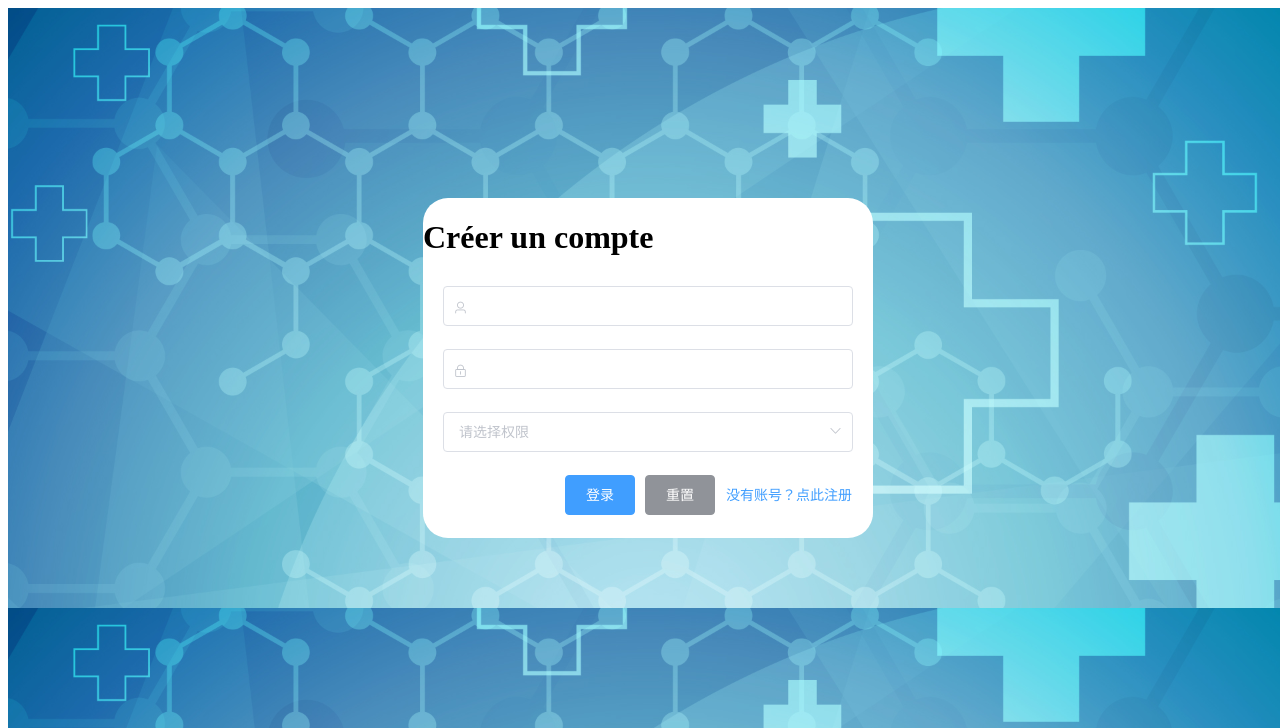
Repository: ShaoCHis/WEB-SOA-frontEnd
Page: /
An editor plug-in stored every save of this project. The page is shown before and after the next save, followed by the edit.
The browser window is 1280 px wide. The pictures show the whole page.
The project was rebuilt for these pictures with package versions that can differ from the ones it lists, and the page was loaded fresh each time. Also part of the build but not shown: src/components/test.vue, src/components/test2.vue, src/components/Register.vue, src/components/Admin/ManagePage.vue, src/components/Hospital/HMainPage.vue, src/components/Patient/MainPage.vue.

Above is the page before, as saved 2021-11-16 18:24:22.

### src/main.js
import Vue from 'vue'
import App from './App.vue'
import router from './router'
import axios from 'axios'//axios
import './plugins/element.js'
import './assets/icon/iconfont.css'
Vue.config.productionTip = false
Vue.prototype.$axios = axios//axios

new Vue({
  router,
  render: h => h(App),
  template: '<App/>'
}).$mount('#app')



//import ElementUI from 'element-ui' //element-ui的全部组件
//import 'element-ui/lib/theme-chalk/index.css'//element-ui的css
//Vue.use(ElementUI) //使用elementUI

/* eslint-disable no-new */
// new Vue({
//   el: '#app',
//   router,
//   components: { App },
//   template: '<App/>'
// })

### src/App.vue
<template>
  <div id="app">
      <router-view v-if="isRouterAlive" />
  </div>
</template>

<script>


export default {
  name:"app",
  provide(){
		return{
			reload:this.reload
		}
	},
data(){
		return{
			isRouterAlive:true
		}
	},
	methods: {
		reload() {
			this.isRouterAlive=false
			this.$nextTick(function(){
				this.isRouterAlive=true
			})
		}
  }
};
</script>

<style>
html,body,#app{

 height: 100%;

}
</style>

### src/router/index.js
import Vue from 'vue'
import Router from 'vue-router'
// import Login from '@/components/Login'
// import Result from '@/components/Result'
import Login from '../components/Login.vue'
import test from '../components/test.vue'
import test2 from '../components/test2.vue'
import Register from '../components/Register.vue'
import ManagePage from '../components/Admin/ManagePage.vue'
import HMainPage from '../components/Hospital/HMainPage.vue'
import MainPage from '../components/Patient/MainPage.vue'

Vue.use(Router)

export default new Router({
  routes: [
    { path: '/', component: Login},
    { path: '/login', component: Login},
    { path: '/register', component: Register},
    { path: '/managepage', component: ManagePage},
    { path: '/hmainpage', component: HMainPage},
    { path: '/mainpage', component: MainPage},
    { path: '/test', component: test},
    { path: '/test2', component: test2},
  ]
})

### src/plugins/element.js
import Vue from 'vue'
import 'element-ui/lib/theme-chalk/index.css'
import {
  Avatar,
  Pagination,
  Dialog,
  Autocomplete,
  Dropdown,
  DropdownMenu,
  DropdownItem,
  Menu,
  Submenu,
  MenuItem,
  MenuItemGroup,
  Input,
  InputNumber,
  Radio,
  RadioGroup,
  RadioButton,
  Checkbox,
  CheckboxButton,
  CheckboxGroup,
  Switch,
  Select,
  Option,
  OptionGroup,
  Button,
  ButtonGroup,
  Table,
  Divider,
  TableColumn,
  DatePicker,
  TimeSelect,
  TimePicker,
  Popover,
  Tooltip,
  Breadcrumb,
  BreadcrumbItem,
  Form,
  FormItem,
  Tabs,
  TabPane,
  Tag,
  Tree,
  Alert,
  Slider,
  Icon,
  Row,
  Col,
  Upload,
  Progress,
  Spinner,
  Badge,
  Card,
  Rate,
  Steps,
  Step,
  Carousel,
  CarouselItem,
  Collapse,
  CollapseItem,
  Cascader,
  ColorPicker,
  Transfer,
  Container,
  Header,
  Aside,
  Main,
  Footer,
  Timeline,
  TimelineItem,
  Link,
  Image,
  Calendar,
  Backtop,
  PageHeader,
  CascaderPanel,
  Loading,
  MessageBox,
  Message,
  Notification,
  Popconfirm
} from 'element-ui';
Vue.use(Avatar);
Vue.use(Pagination);
Vue.use(Dialog);
Vue.use(Autocomplete);
Vue.use(Dropdown);
Vue.use(DropdownMenu);
Vue.use(DropdownItem);
Vue.use(Menu);
Vue.use(Submenu);
Vue.use(MenuItem);
Vue.use(MenuItemGroup);
Vue.use(Input);
Vue.use(InputNumber);
Vue.use(Radio);
Vue.use(RadioGroup);
Vue.use(RadioButton);
Vue.use(Checkbox);
Vue.use(CheckboxButton);
Vue.use(CheckboxGroup);
Vue.use(Switch);
Vue.use(Select);
Vue.use(Option);
Vue.use(OptionGroup);
Vue.use(Button);
Vue.use(ButtonGroup);
Vue.use(Table);
Vue.use(Divider);
Vue.use(TableColumn);
Vue.use(DatePicker);
Vue.use(TimeSelect);
Vue.use(TimePicker);
Vue.use(Popover);
Vue.use(Popconfirm);
Vue.use(Tooltip);
Vue.use(Breadcrumb);
Vue.use(BreadcrumbItem);
Vue.use(Form);
Vue.use(FormItem);
Vue.use(Tabs);
Vue.use(TabPane);
Vue.use(Tag);
Vue.use(Tree);
Vue.use(Alert);
Vue.use(Slider);
Vue.use(Icon);
Vue.use(Row);
Vue.use(Col);
Vue.use(Upload);
Vue.use(Progress);
Vue.use(Spinner);
Vue.use(Badge);
Vue.use(Card);
Vue.use(Rate);
Vue.use(Steps);
Vue.use(Step);
Vue.use(Carousel);
Vue.use(CarouselItem);
Vue.use(Collapse);
Vue.use(CollapseItem);
Vue.use(Cascader);
Vue.use(ColorPicker);
Vue.use(Transfer);
Vue.use(Container);
Vue.use(Header);
Vue.use(Aside);
Vue.use(Main);
Vue.use(Footer);
Vue.use(Timeline);
Vue.use(TimelineItem);
Vue.use(Link);
Vue.use(Divider);
Vue.use(Image);
Vue.use(Calendar);
Vue.use(Backtop);
Vue.use(PageHeader);
Vue.use(CascaderPanel);

Vue.use(Loading.directive);

Vue.prototype.$loading = Loading.service;
Vue.prototype.$msgbox = MessageBox;
Vue.prototype.$alert = MessageBox.alert;
Vue.prototype.$confirm = MessageBox.confirm;
Vue.prototype.$prompt = MessageBox.prompt;
Vue.prototype.$notify = Notification;
Vue.prototype.$message = Message;

### src/assets/icon/iconfont.css
@font-face {
  font-family: "iconfont"; /* Project id 2933034 */
  src: url('iconfont.woff2?t=1636685974259') format('woff2'),
       url('iconfont.woff?t=1636685974259') format('woff'),
       url('iconfont.ttf?t=1636685974259') format('truetype');
}

.iconfont {
  font-family: "iconfont" !important;
  font-size: 16px;
  font-style: normal;
  -webkit-font-smoothing: antialiased;
  -moz-osx-font-smoothing: grayscale;
}

.icon-xiaozu:before {
  content: "\e69a";
  font-size: 18px;
  margin-right: 3px;
  margin-top:2px;
}

### src/components/Login.vue
<template>
<div>
    <div class="login_container" >
        <div class="login_box">
            <div class="tip">
             <h1>Créer un compte</h1>
            </div>
            <!-- 头像区域 -->
            <!-- <div class="avatar_box">
               <img src="../assets/back.jpg" alt="">
            </div> -->
            <!-- 登录表单 -->
            <el-form ref="loginFormRef" :model="loginForm" :rules="loginFormRules" label-width="0px" class="login_form">
                <!-- 用户名 -->
                <el-form-item prop="userid">
                     <el-input v-model="loginForm.userid" prefix-icon="el-icon-user"></el-input>
                </el-form-item>
                <!-- 密码 -->
                <el-form-item prop="password">
                     <el-input v-model="loginForm.password" prefix-icon="el-icon-lock"
                     type="password"></el-input>
                </el-form-item>
                <!-- 身份 -->
                <el-form-item prop="role"  >
                   <el-select v-model="loginForm.role" @change="searchSelect(loginForm.role)" placeholder="请选择权限"  style="width:100%" prefix>
                      <el-option v-for="item in options"
                       :key="item.role"
                       :label="item.label"
                       :value="item.role">
                       </el-option>
                  </el-select>
                </el-form-item>

                <!-- 按钮区域 -->
                <el-form-item class="btns">
                     <el-button type="primary" @click="login">登录</el-button>
                     <el-button type="info" @click="resetLoginForm">重置</el-button>
                     <el-button type="text" @click="register">没有账号？点此注册</el-button>
                </el-form-item>
            </el-form>

        </div>
    </div>
</div>
</template>

<script>
export default {

    data(){
        return{

           loginForm:{
                userid:'',
                password:'',
                role:'',
            },
            options: [
                     {label:"患者", role:'Patient'},
                     {label:"医院" , role:"Hospital"},
                     {label:"管理员", role:"Admin"}
                     ],

            loginFormRules:{
                userid:[{required: true, message: '请输入登录账号', trigger: "blur"},
                { min: 5, max: 10, message: '长度在 5 到 10 个字符', trigger: "blur"}],
                password:[{required: true, message: '请输入登录密码', trigger: "blur"},
                { min: 6, max: 15, message: '长度在 6 到 15 个字符', trigger: "blur"}]
            },

            searchSelect(val){
                console.log(val)
                this.value = val
                console.log(this.loginForm)
            },

        };

  },
  methods:{
      //重置按钮
      resetLoginForm(){
         // console.log(this)
          this.$refs.loginFormRef.resetFields();
      },
      login(){
          //  this.$axios
          // //查询是否有该电话
          // .post("/api/Canteen/checkCustomerandAdd",{
          //     "phone": this.username
          // })
          // .then(response=> {
          //   id = response.data;
          //   console.log(id);
          //   //以用户id登录
          //   this.$alert('登录成功！', '提示', {
          //     	confirmButtonText: '确定'
          //     });
          //     this.$router.push({
          //       path:'/Reservation/CustomPage',
          //       name:'CustomPage'
          //     });
          //     sessionStorage.setItem("userID",id);
          //     sessionStorage.setItem("customPageTitle","欢迎来到和平饭店");
          // })

         if(this.value=="Patient") this.$router.push('/mainpage');
         if(this.value=="Hospital") this.$router.push('/hmainpage');
         if(this.value=="Admin") this.$router.push('/managepage');
      },
      register(){
          this.$router.push('/register');
      },
     },
}


</script>

<style lang="less" scoped>
.login_container{
    background-color: #5c2c948c;
    background-image:url('../assets/back.jpeg');
    background-size: 100%,100%;
    height: 100%;
    width: 100%;
    position: fixed;
}

.login_box{
    width:450px;
    height:340px;
    background-color: #fff;
    border-radius: 25px;
    position:absolute;
    left:50%;
    top:50%;
    transform: translate(-50%,-50%);
    .avatar_box{
        height:110px;
        width:110px;
        border:1px solid #eee;
        border-radius:50%;
        padding:5px;
        box-shadow:0 0 2px #ddd;
        position: absolute;
        left: 50%;
        transform: translate(-50%,-50%);
        background-color: #fff;
        img{
            width:100%;
            height:100%;
            border-radius: 50%;
            background-color: #eee;
        }
    }
}
.login_form{
    position:absolute;
    bottom:0;
    width: 100%;
    padding:0 20px;
    box-sizing: border-box;

}
.btns{
   display:flex;
   justify-content: flex-end;
}
</style>

Loaded but not shown: public/index.html (common file)

After the next save:
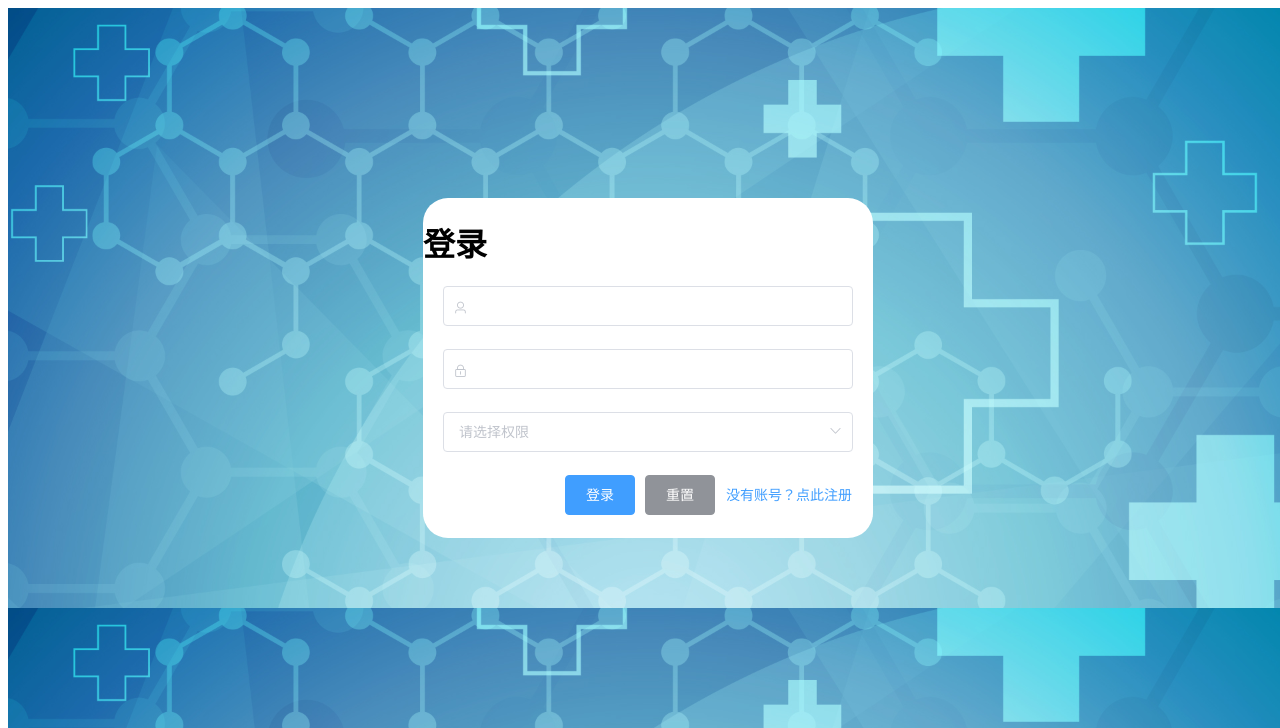
Saved 7 s later.
--- a/src/components/Login.vue
+++ b/src/components/Login.vue
@@ -3,7 +3,7 @@
     <div class="login_container" >
         <div class="login_box">
             <div class="tip">
-             <h1>Créer un compte</h1>
+             <h1>登录</h1>
             </div>
             <!-- 头像区域 -->
             <!-- <div class="avatar_box">
